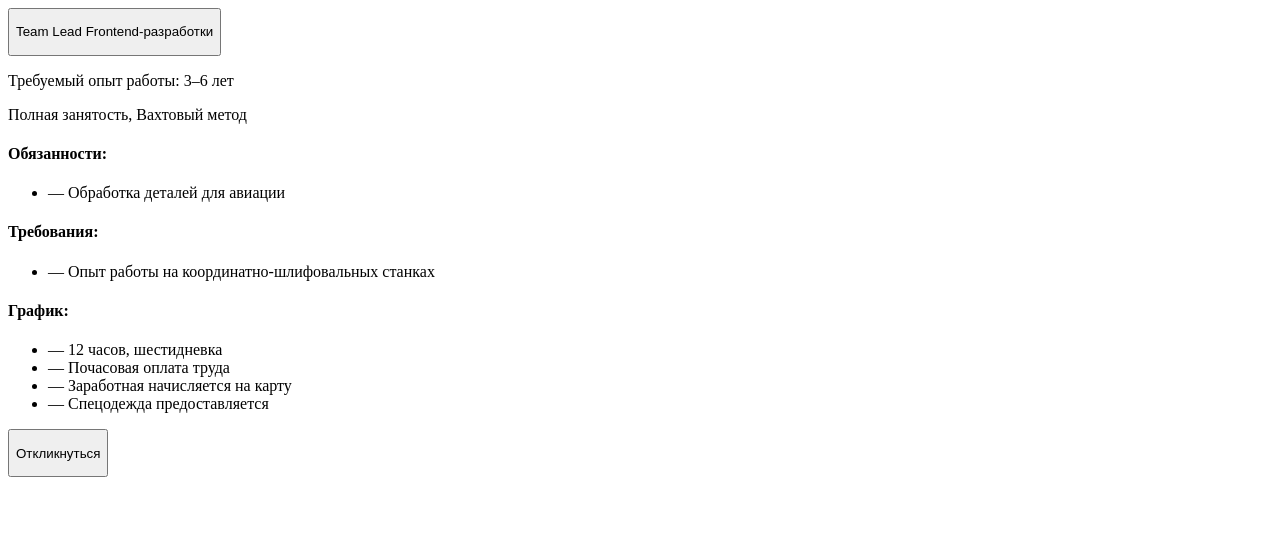
Repository: the-ASAP/AsapVerstka
Page: src/components/accordion.html
An editor plug-in stored every save of this project. The page is shown before and after the next save, followed by the edit.
The browser window is 1280 px wide. The pictures show the whole page.

Above is the page before, as saved 2021-07-28 09:49:47.

After the next save:
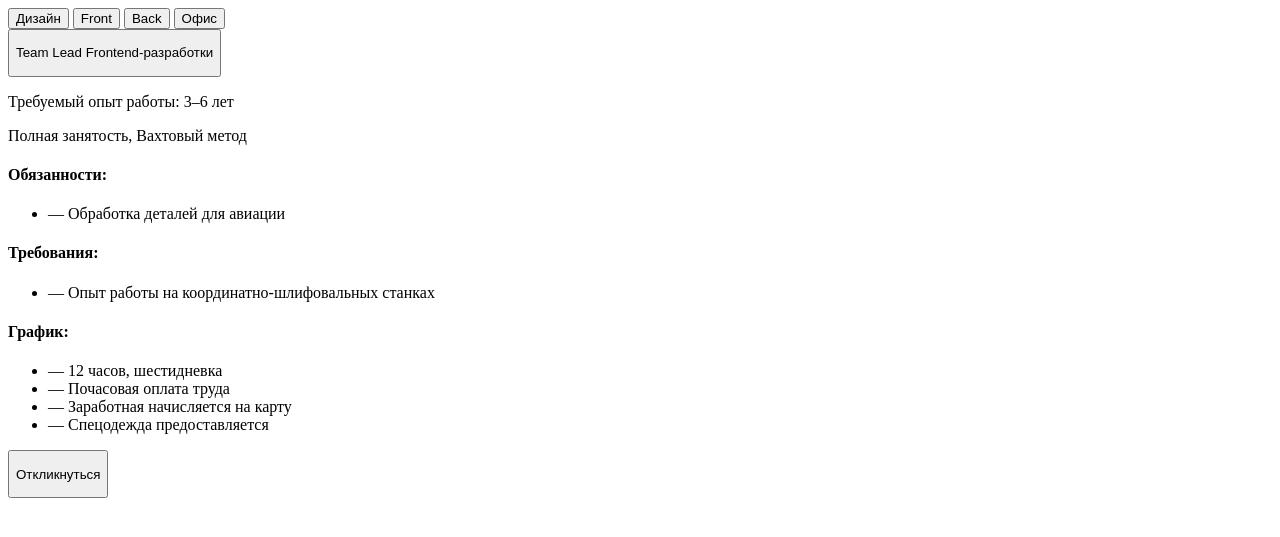
Saved 16 s later.
--- a/src/components/accordion.html
+++ b/src/components/accordion.html
@@ -1,4 +1,11 @@
 <section class="profession">
+    <div class="profession__mainButtons">
+        <button type="button" class="profession__choice">Дизайн</button>
+        <button type="button" class="profession__choice">Front</button>
+        <button type="button" class="profession__choice">Back</button>
+        <button type="button" class="profession__choice">Офис</button>
+    </div>
+
     <button class="profession__button">
         <p class="profession__button__text">
             Team Lead Frontend-разработки
